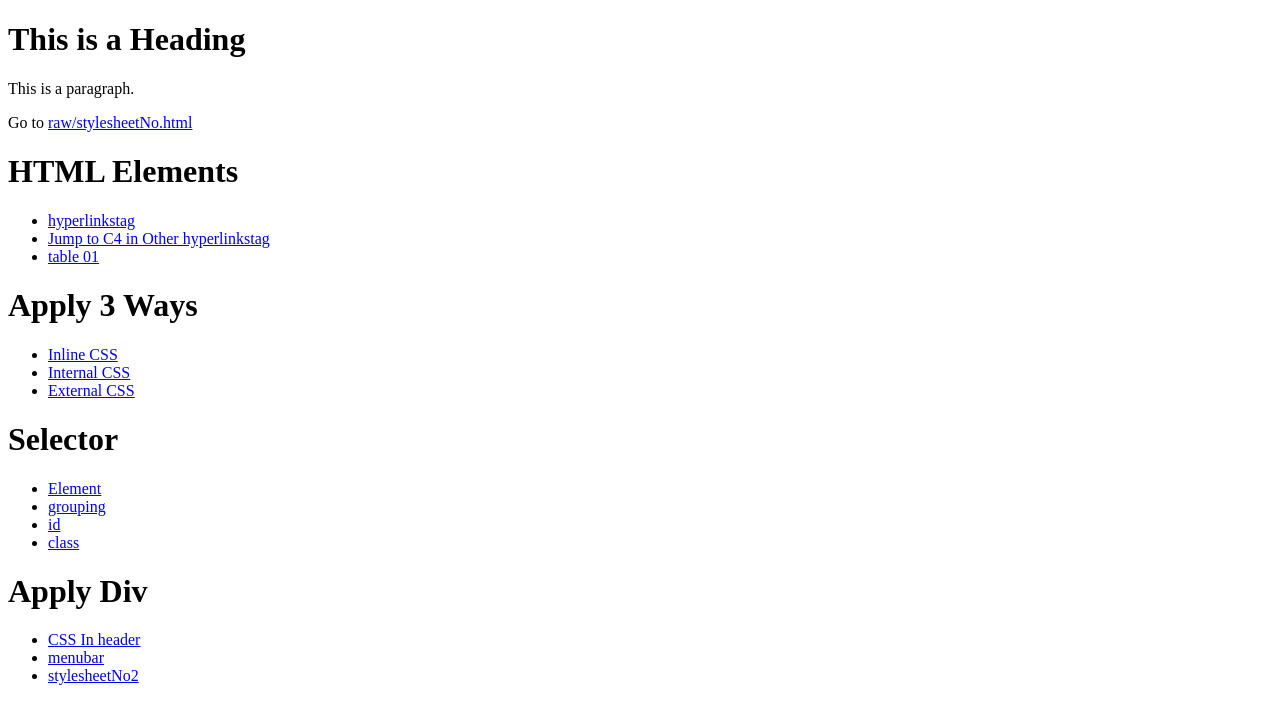
Repository: SanghunOh/learn_publising
Page: HtmlCss/WebContent/index.html
These files come from the project's save history. The page is drawn as it stood at one moment and after the next save; the edit follows.
The browser window is 1280 px wide. The pictures show the whole page.

Above is the page before, as saved 2018-05-05 06:52:54.

After the next save:
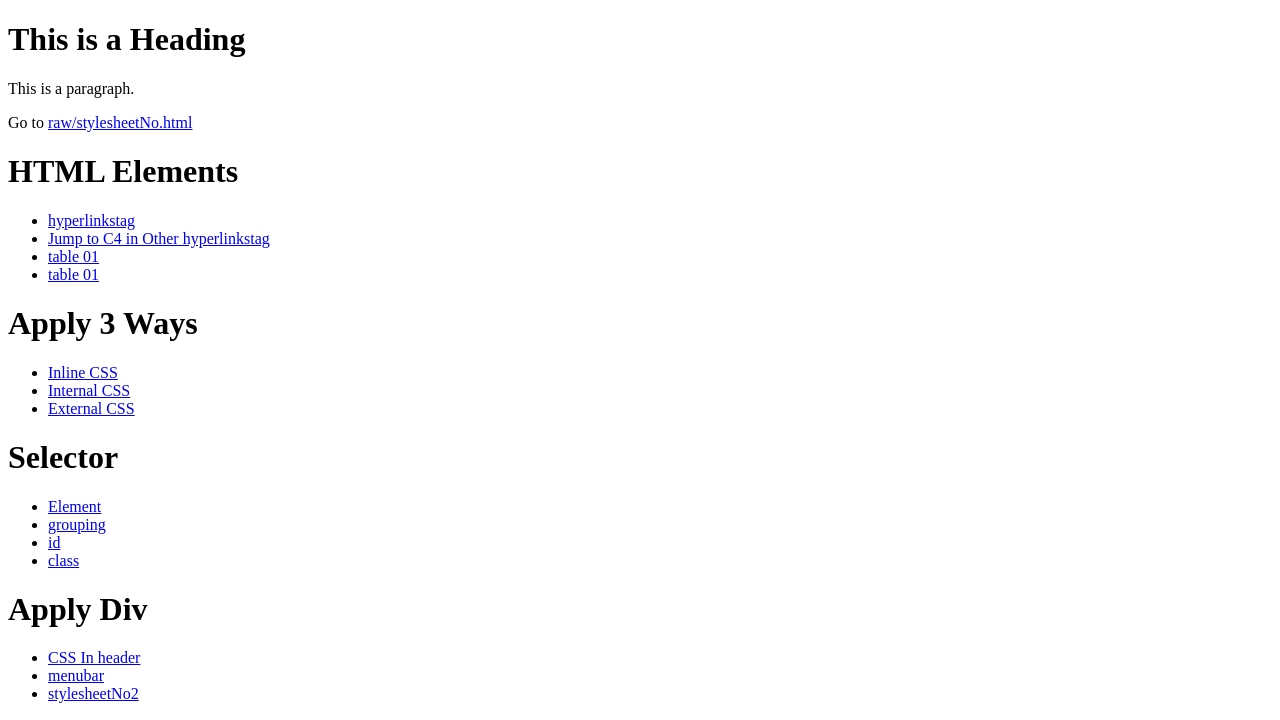
Saved 13 s later.
--- a/HtmlCss/WebContent/index.html
+++ b/HtmlCss/WebContent/index.html
@@ -16,6 +16,7 @@
 		<li><a href="./htmlelements/hyperlinkstag.html">hyperlinkstag</a></li>
 		<li><a href="./htmlelements/hyperlinkstag.html#C4">Jump to C4 in Other hyperlinkstag</a></li>
 		<li><a href="./htmlelements/table01.html">table 01</a></li>
+		<li><a href="./htmlelements/table02.html">table 01</a></li>
 	</ul>
 
 	<h1>Apply 3 Ways</h1>
